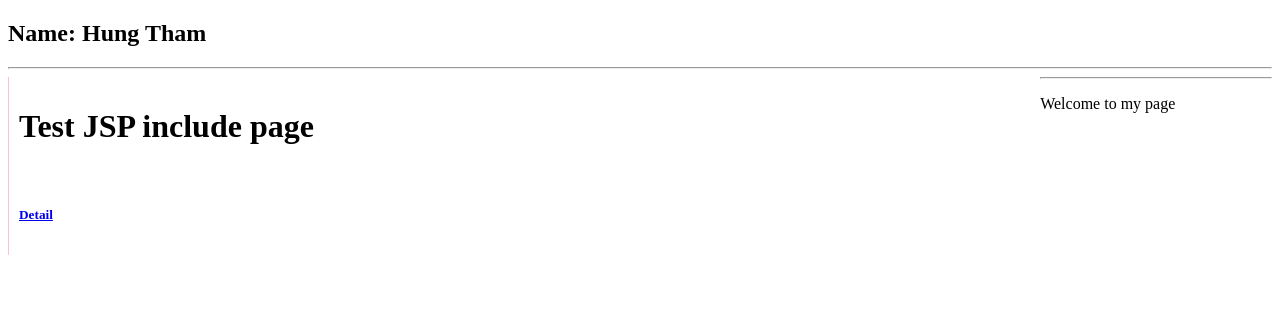
Repository: hunggtham/First-Jsp-and-Servlet-Project
Page: http://localhost/5JspInclude/Home.jsp
An editor plug-in stored every save of this project. The page is shown before and after the next save, followed by the edit.
The browser window is 1280 px wide. The pictures show the whole page.
The page is served by Tomcat 9.

Above is the page before, as saved 2022-07-24 10:25:37.

### 5JspInclude/src/main/webapp/Home.jsp
<%@ page language="java" contentType="text/html; charset=UTF-8"
	pageEncoding="UTF-8"%>
<!DOCTYPE html>
<html>
<head>
<meta charset="UTF-8">
<title>Home page</title>
</head>
<body>
	<jsp:include page="Header.jsp"></jsp:include>
	<div
		style="float: left; padding: 10px; width: 80%; border-left: 1px solid pink">
		<h1>Test JSP include page</h1>
		<br/>
		<h5>
			<a href="Detail.jsp">Detail</a>
		</h5>
	</div>
	<jsp:include page="Footer.jsp"></jsp:include>

</body>
</html>

### 5JspInclude/src/main/webapp/Header.jsp
<%@ page language="java" contentType="text/html; charset=UTF-8"
	pageEncoding="UTF-8"%>
<!DOCTYPE html>
<html>
<head>
<meta charset="UTF-8">
<title>HeaderPage</title>
</head>
<body>
	<div>
		<h2>Name: Hung Tham</h2>
		<hr />
	</div>
</body>
</html>

### 5JspInclude/src/main/webapp/Footer.jsp
<%@ page language="java" contentType="text/html; charset=ISO-8859-1"
	pageEncoding="ISO-8859-1"%>
<!DOCTYPE html>
<html>
<head>
<meta charset="ISO-8859-1">
<title>Footer</title>
</head>
<body>
	<div style="">
		<hr />
		<p>Welcome to my page</p>
	</div>
</body>
</html>

After the next save:
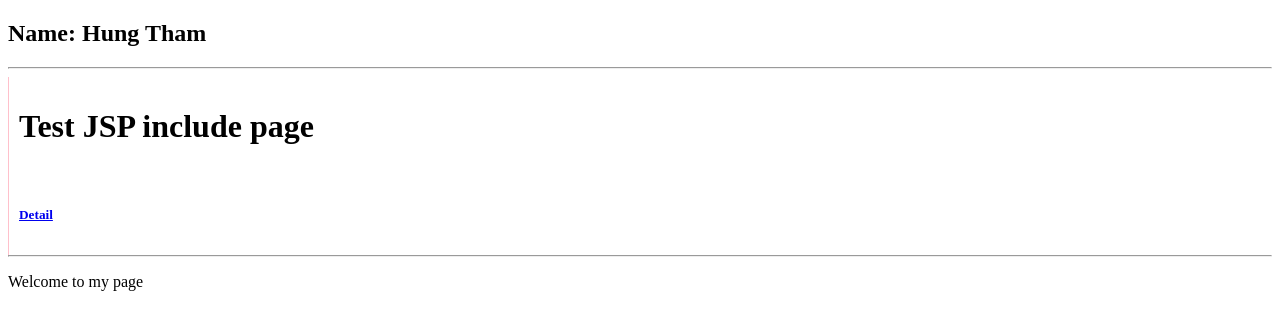
Saved 97 s later.
--- a/5JspInclude/src/main/webapp/Footer.jsp
+++ b/5JspInclude/src/main/webapp/Footer.jsp
@@ -7,7 +7,7 @@
 <title>Footer</title>
 </head>
 <body>
-	<div style="">
+	<div style="clear: both">
 		<hr />
 		<p>Welcome to my page</p>
 	</div>
